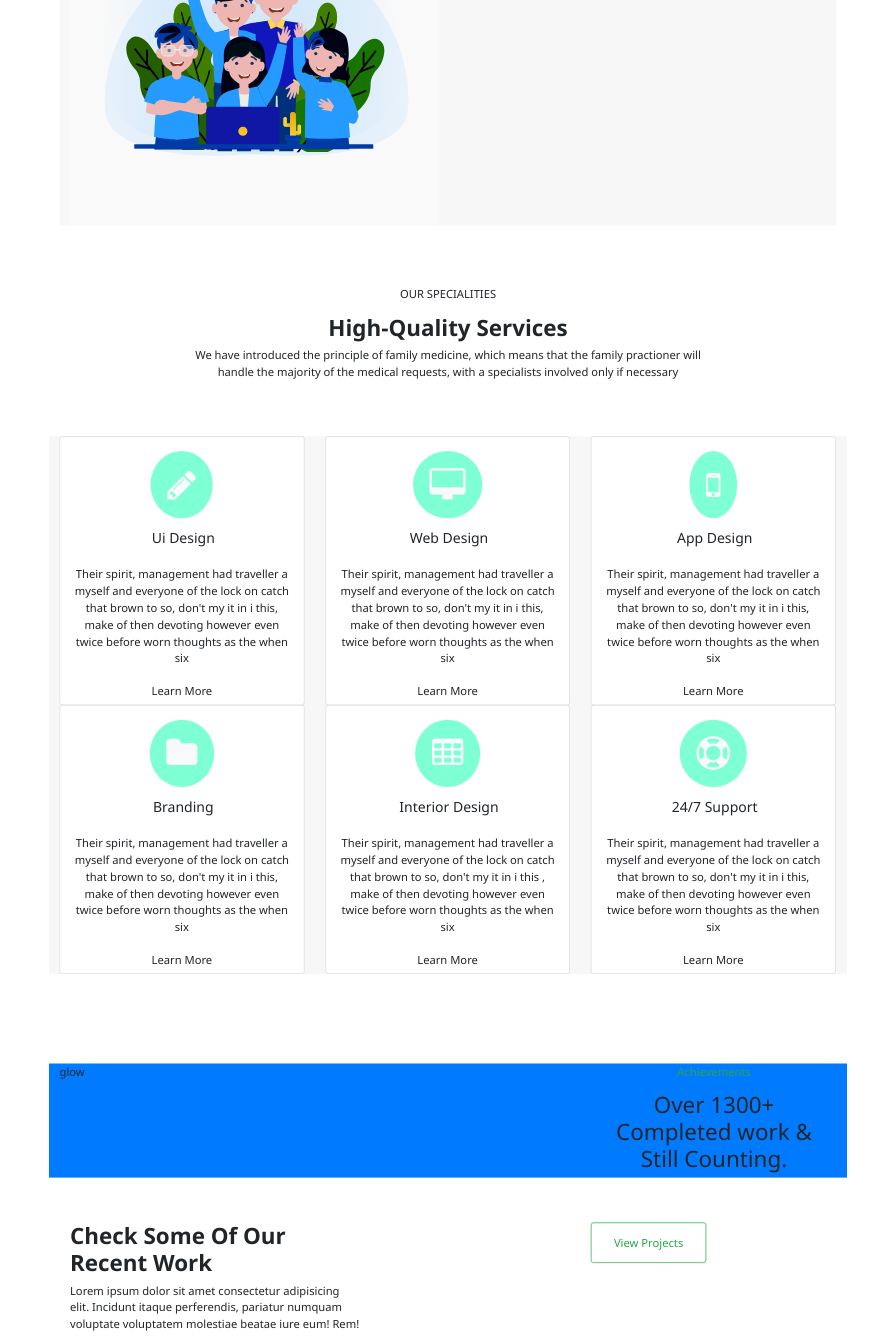
Repository: stephenkayade/Tarm
Page: index.html
These files come from the project's save history. The page is drawn as it stood at one moment and after the next save; the edit follows.
The browser window is 1280 px wide. The pictures show the part of the page from y = 1165 to 3085 px (the page is 3085 px tall), at 70% of full size.

Above is the page before, as saved 2020-05-07 23:47:36.

After the next save:
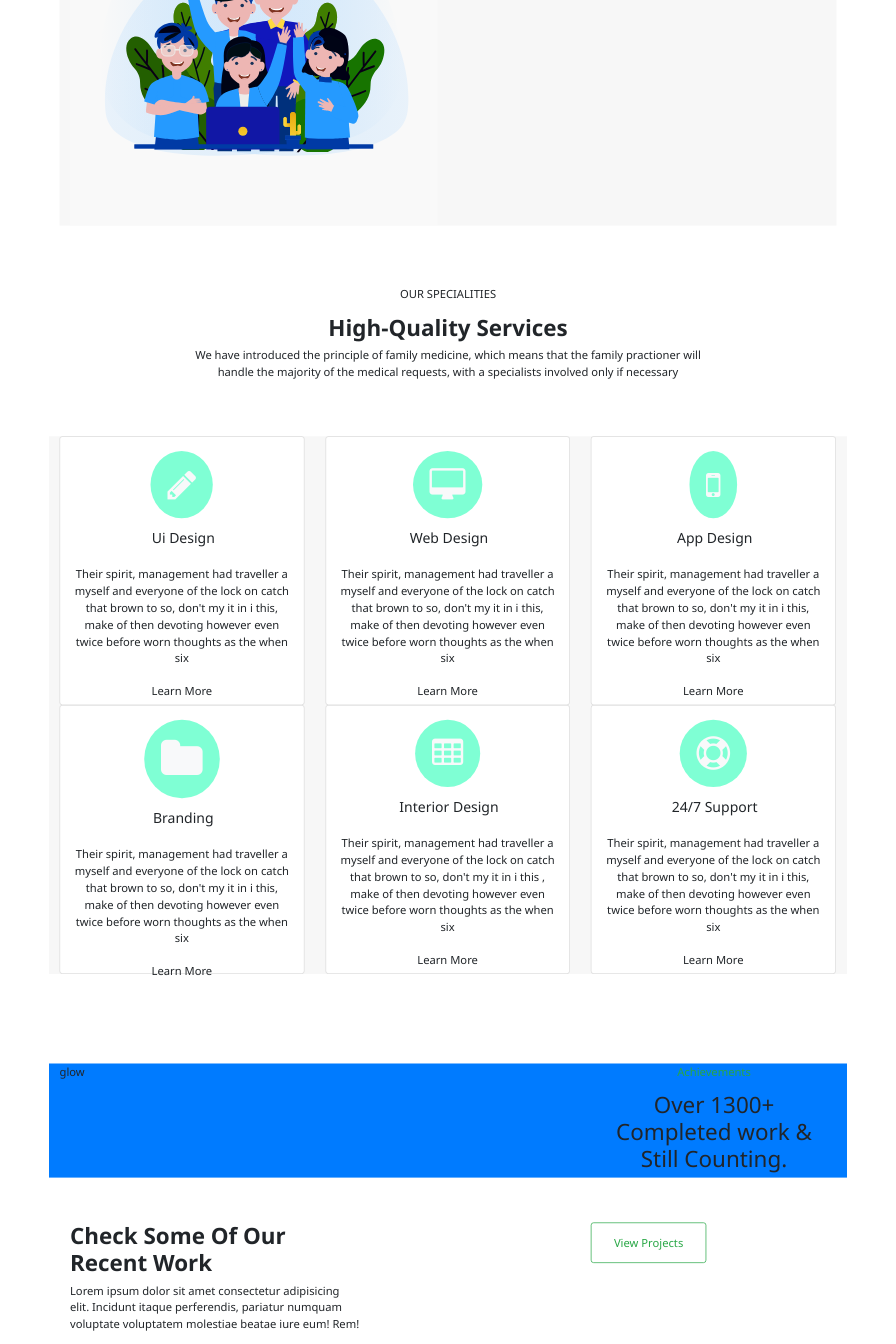
Saved 90 s later.
--- a/index.html
+++ b/index.html
@@ -202,7 +202,7 @@
                 <div class="col-sm-auto">
                     <div class="card text-center row-pd" style="width: 21.85rem; height: 24rem;">
                         <div class="card-body">
-                            <i class="fa fa-folder fa-3x icon-pd text-light btn-icon"></i>
+                            <i class="fa fa-folder fa-4x icon-pd text-light btn-icon"></i>
 
                             <br>
                             <h5 class="card-title ml-1">Branding</h5>
